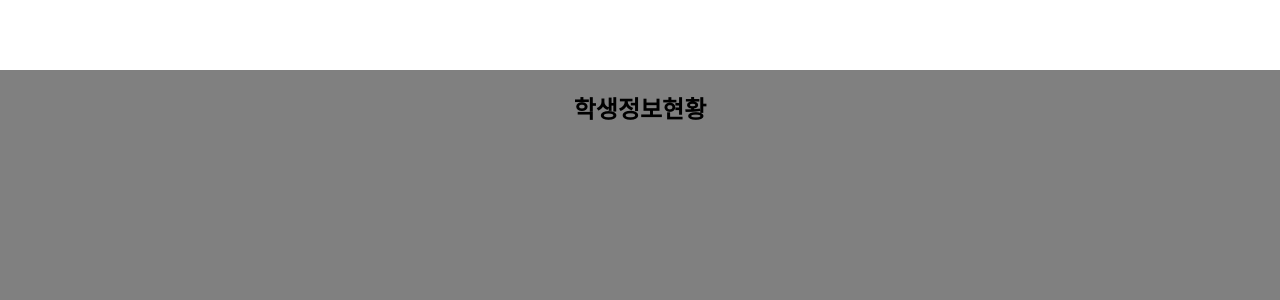
Repository: wjdwlgns1101/school_hrd
Page: http://localhost/school_30111/i_ation.jsp
An editor plug-in stored every save of this project. The page is shown before and after the next save, followed by the edit.
The browser window is 1280 px wide. The pictures show the whole page.
The page is served by Tomcat 9.

Above is the page before, as saved 2024-04-29 07:19:47.

### hrd_30111_school2 완성/school_30111/src/main/webapp/i_ation.jsp
<%@ page language="java" contentType="text/html; charset=EUC-KR"
    pageEncoding="EUC-KR"%>
<!DOCTYPE html>
<html>
<head>
<meta charset="EUC-KR">
<title>Insert title here</title>
</head>
<body>
<section style="position: fixed; background-color: gray; width: 100%; top: 70px; height: 100%; left: 0;">
	<h2 style="text-align: center;"><b>학생정보현황</b></h2>

	<form action="i_action.jsp"></form>

</section>


</body>
</html>

After the next save:
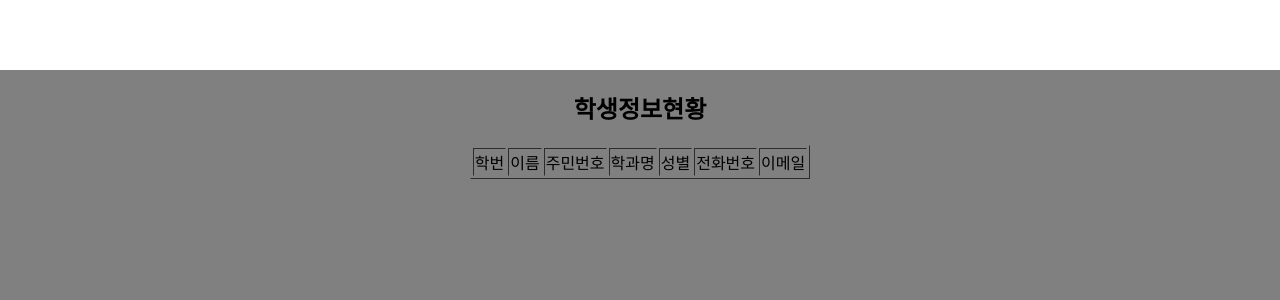
Saved 110 s later.
--- a/hrd_30111_school2 완성/school_30111/src/main/webapp/i_ation.jsp
+++ b/hrd_30111_school2 완성/school_30111/src/main/webapp/i_ation.jsp
@@ -10,7 +10,20 @@
 <section style="position: fixed; background-color: gray; width: 100%; top: 70px; height: 100%; left: 0;">
 	<h2 style="text-align: center;"><b>학생정보현황</b></h2>
 
-	<form action="i_action.jsp"></form>
+	<form action="i_action.jsp" style="display: flex; align-items: center; justify-content: center; text-align: center;">
+	<table border="1">
+		<tr>
+			<td> 학번 </td>
+			<td> 이름 </td>
+			<td> 주민번호 </td>
+			<td> 학과명 </td>
+			<td> 성별 </td>
+			<td> 전화번호 </td>
+			<td> 이메일 </td>
+
+	</table>
+
+	</form>
 
 </section>
 
